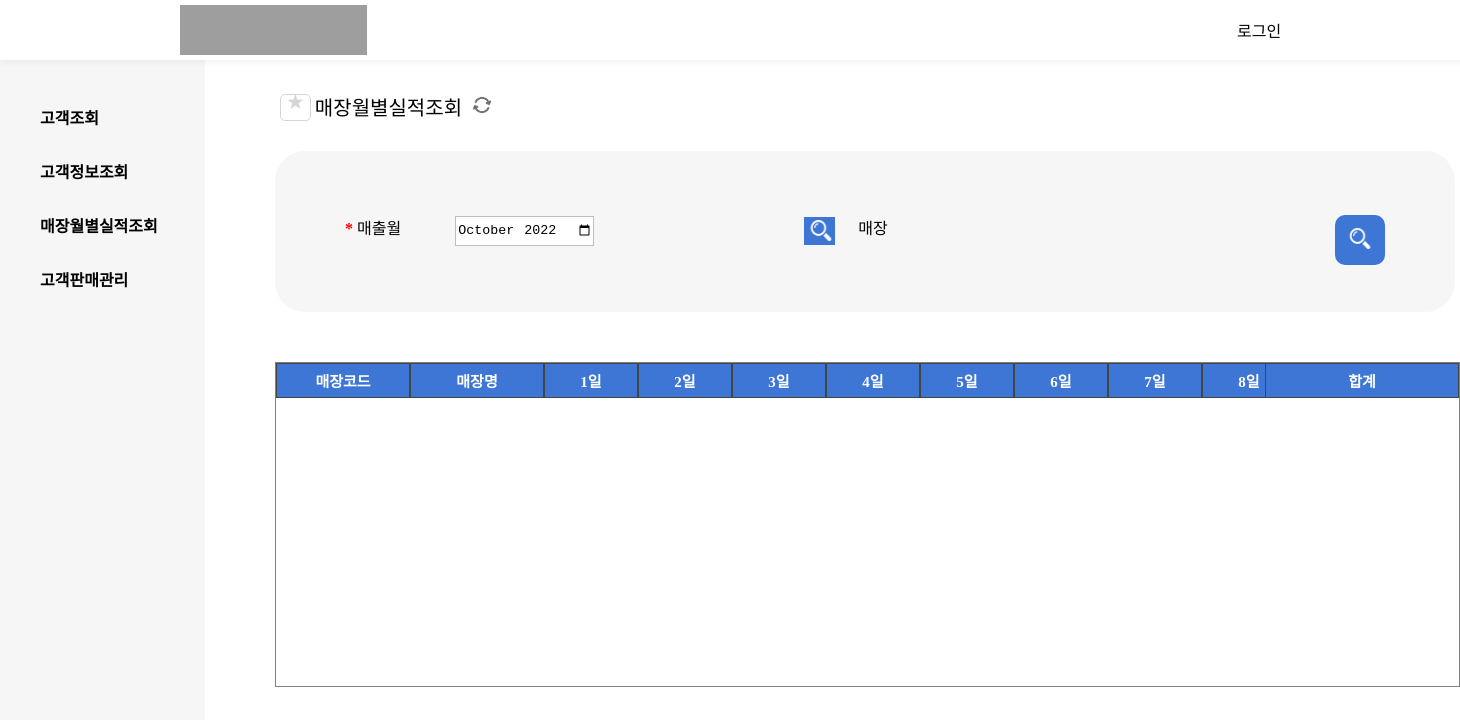
Repository: HyunyoungA/managementSystem
Page: http://localhost/DowellCommunity/WEB-INF/views/member/saleMonth.jsp
An editor plug-in stored every save of this project. The page is shown before and after the next save, followed by the edit.
The browser window is 1280 px wide. The page is 1460 px wide, so the pictures cover 1460 px, including what lies to the right of the window. The pictures show the whole page.
Pictures or frames that could not be fetched are drawn as grey boxes. The page is served by Tomcat 9. Nobody is signed in. Other server files are loaded and not shown. The template is opened directly, without the code that normally fills it, so the values that code supplies are empty.

Above is the page before, as saved 2022-10-28 01:11:45.

### DowellCommunity/src/main/webapp/WEB-INF/views/member/saleMonth.jsp
<%@ page language="java" contentType="text/html; charset=UTF-8"
    pageEncoding="UTF-8"%>
<%@ taglib uri="http://java.sun.com/jsp/jstl/core" prefix="c" %>
<!DOCTYPE html>
<html>
<head>
<meta charset="UTF-8">
<title>관리자 페이지</title>
 <!-- jQuery -->
<script type="text/javascript" src="https://code.jquery.com/jquery-1.12.4.min.js" ></script>
<!-- 매장검색 자바스크립트 -->
<script type="text/javascript" src="./resources/js/saleScript.js"></script>
<!-- 페이지 스타일css -->
<link href="resources/CSS/saleMonth.css" rel="stylesheet">
<c:import url="../common/navbar.jsp"/>
</head>
<body>
<c:import url="../common/sidebar.jsp"/>
<div class="Wrap">
	<div class="starBox">
		<span class="star">★</span>
	</div>
	<span class="Title">매장월별실적조회</span>
<!-- 	새로고침 -->
	<button id="reload" onClick="window.location.reload()">
		<img class="Refresh" src="resources/cust_in/Refresh.png" style="cursor:pointer;">
	</button>
	<div class="SearchBox">
		<div class="wrap_mg">
			<span class="essential">*</span>
			<span class="Text_space" id="sale">매출월</span>
			<input class="Text_box" type="month" id="saleMonth-list">
			<span class="Text_space" id="Cust_Num">매장</span>
			<!-- 매장사용자인 경우 -->
			<c:if test="${ loginUser.userDtCd == 2 }">
				<input class="Text_box" id="saleCode" value="${ loginUser.prtCd }" disabled>
			</c:if>
			<!-- 본사인 경우 -->
			<c:if test="${ loginUser.userDtCd == 1 }">
				<input class="Text_box" id="saleCode" value="">
			</c:if>
			<!-- 검색버튼 -->
				<button id="Search_but_num" onclick="Search_but_search()">
					<img class="total_search" src="resources/cust_in/search.png">
				</button>
			<!-- 매장사용자인 경우 -->
			<c:if test="${ loginUser.userDtCd == 2 }">
				<input class="Text_box" id="saleName" value="${ loginUser.prtNm }" disabled>
			</c:if>
			<!-- 본사인 경우 -->
			<c:if test="${ loginUser.userDtCd == 1 }">
			<input class="Text_box" id="saleName" onkeyup="saleEvent(event);" onkeydown="enter(event);" value="">
			</c:if>
			<!-- 전체검색 -->
			<button id="Search_but">
				<img class="total_search" src="resources/cust_in/search.png">
			</button>
		</div>
		<br>
	</div>
</div>
<!-- 월별 실적표 -->
<table id="sale-table">
	<thead>
    	<tr>
			<th class="CustNum">매장코드</th>
            <th class="CustDetail">매장명</th>
            <!-- forEach 1일-31일 반복 -->
            <c:forEach var="i" begin="1" end="31">
            	<th class="dateDay">
            		<c:out value="${i}" />일
            	</th>
            </c:forEach>
            <!-- forEach 1일-31일 반복 end-->
            <th class="dateSum" id="dataSumTitle">합계</th>
        </tr>
    </thead>
	<tbody id="saleMonthSum">
	</tbody>
</table>
<script type="text/javascript">

//매출월 오늘날짜
//한국시간을 맞추기 위한 -32400000
const offset = new Date().getTimezoneOffset() * 60000;
//현재 날짜 시간 - 9시간(UTC시간을 기준이 우리나라보다 9시간 많음.)
const today = new Date(Date.now() -offset);

document.getElementById('saleMonth-list').value = new Date(Date.now() -offset).toISOString().substring(0, 7);
var d = $('#saleMonth-list').val();
console.log(d);

$(document).ready(
	$(opener).one('beforeunload', function() {          // 부모창의 새로고침/닫기/앞으로/뒤로
		window.close();                                 // 팝업을 닫는다
	})
);

////////////////////////////////-전체 조회-////////////////////////////////////////
//전체 조회
$('#Search_but').on('click', function(){
	var saleMonth = $('#saleMonth-list').val();			//년도-월
	var CustCode = $('#saleCode').val();				//매장코드

	console.log(saleMonth);
	console.log(saleName);

	$.ajax({//전체 조건 조회
		url: 'salMonthSum.me',
		data: {'saleMonth':saleMonth
			  ,'CustCode':CustCode},
		type: 'post',
		dataType: 'json',
		success: function(data){
			console.log(data);
			let html = "";
			console.log(data[0].totalSum)
			if(typeof data[0].totalSum != 'undefined'){

				if(data.length > 0) {

					$.each(data, function(index, item){
						html += "<tr style='width: 100%;'>";

						if(item.prtCd != '총합'){
							html += "<td class='CustNum' style='background-color: white;'>"+item.prtCd+"</td>";//매장코드
							html += "<td class='CustDetail' style='background-color: white; left:133px; position: sticky;' >"+item.prtNm+"</td>";//매장명
						}
						if(item.prtCd == '총합'){
							html += "<td class='CustNum' colspan='2' style='background-color: white; width: 254px; position: sticky; text-align: center;' >"+item.prtNm+"</td>";//매장명
						}
						html += "<td class='dateDay'>"+item.day1+"</td>";//날짜1-31일
						html += "<td class='dateDay'>"+item.day2+"</td>";//날짜1-31일
						html += "<td class='dateDay'>"+item.day3+"</td>";//날짜1-31일
						html += "<td class='dateDay'>"+item.day4+"</td>";//날짜1-31일
						html += "<td class='dateDay'>"+item.day5+"</td>";//날짜1-31일
						html += "<td class='dateDay'>"+item.day6+"</td>";//날짜1-31일
						html += "<td class='dateDay'>"+item.day7+"</td>";//날짜1-31일
						html += "<td class='dateDay'>"+item.day8+"</td>";//날짜1-31일
						html += "<td class='dateDay'>"+item.day9+"</td>";//날짜1-31일
						html += "<td class='dateDay'>"+item.day10+"</td>";//날짜1-31일
						html += "<td class='dateDay'>"+item.day11+"</td>";//날짜1-31일
						html += "<td class='dateDay'>"+item.day12+"</td>";//날짜1-31일
						html += "<td class='dateDay'>"+item.day13+"</td>";//날짜1-31일
						html += "<td class='dateDay'>"+item.day14+"</td>";//날짜1-31일
						html += "<td class='dateDay'>"+item.day15+"</td>";//날짜1-31일
						html += "<td class='dateDay'>"+item.day16+"</td>";//날짜1-31일
						html += "<td class='dateDay'>"+item.day17+"</td>";//날짜1-31일
						html += "<td class='dateDay'>"+item.day18+"</td>";//날짜1-31일
						html += "<td class='dateDay'>"+item.day19+"</td>";//날짜1-31일
						html += "<td class='dateDay'>"+item.day20+"</td>";//날짜1-31일
						html += "<td class='dateDay'>"+item.day21+"</td>";//날짜1-31일
						html += "<td class='dateDay'>"+item.day22+"</td>";//날짜1-31일
						html += "<td class='dateDay'>"+item.day23+"</td>";//날짜1-31일
						html += "<td class='dateDay'>"+item.day24+"</td>";//날짜1-31일
						html += "<td class='dateDay'>"+item.day25+"</td>";//날짜1-31일
						html += "<td class='dateDay'>"+item.day26+"</td>";//날짜1-31일
						html += "<td class='dateDay'>"+item.day27+"</td>";//날짜1-31일
						html += "<td class='dateDay'>"+item.day28+"</td>";//날짜1-31일
						html += "<td class='dateDay'>"+item.day29+"</td>";//날짜1-31일
						html += "<td class='dateDay'>"+item.day30+"</td>";//날짜1-31일
						html += "<td class='dateDay'>"+item.day31+"</td>";//날짜1-31일
						html += "<td class='dateSum'>"+item.totalSum+"</td>";//총합계

						html += "</tr>";
					});
				}
			}else if(typeof data.day1 == 'undefined'){
					html += "<tr>";
					html += "<td colspan='4'style='text-align: center;'>매장 월별 매출이 등록되어 있지 않습니다.</td>";
					html += "</tr>";

			}
			$("tbody#saleMonthSum").html(html);
		},
		error: function(data){
		console.log(data);
		alert('조회할 수 없습니다.');
		}
	});
});
</script>
</body>
</html>

### DowellCommunity/src/main/webapp/WEB-INF/views/common/navbar.jsp
<%@ page language="java" contentType="text/html; charset=UTF-8"
    pageEncoding="UTF-8"%>
<%@ taglib uri="http://java.sun.com/jsp/jstl/core" prefix="c" %>
<!DOCTYPE html>
<html>
<head>
<meta charset="UTF-8">
<script type="text/javascript" src="http://code.jquery.com/jquery-latest.js"></script>
<title>메뉴</title>
<style>
/* 	네비바css */
nav {
	z-index: 1;
	position: fixed;
	width: 1536px;
	height: 60px;
	background: white;
	color: black;
	text-align:center;
	top:0;
	left:0;
	box-shadow: rgb(0 0 0 / 4%) 2px 4px 5px;
}
.navbar-nav{
	display: table-row;
}
.navbar-nav li{
	display: table-cell;
    height: 60px;
    list-style-type: none;
    vertical-align: middle;
}
.nav-link{
	padding: 10px;
	color: black;
	text-decoration: none;
}
.nav-link:hover {
    color: #3E76D6;
}
.nav-list{
	display: inline-block;
}
#nav_id{
padding-left: 850px;
}
.logoBox{
	width: 95px;
    height: 98px;
    overflow:hidden;
    margin:0 auto;
}
#logoSpace{
	height: 50px;
	width: 150px;
	padding-left: 170px;
}
.img{
	vertical-align: middle;
    width: 187px;
    height: 100%;
    object-fit: cover;
}
.manager{
	display: inline-block;
    border-radius: 6px;
    width: 106px;
    height: 34px;
    background-color: black;
}
.manager a{
	display: block;
    text-decoration: none;
    margin: 5px;
    text-align: center;
    color: white;
}
.manager:hover{
	cursor: pointer;
	background-color: #3E76D6;
}
</style>
</head>
<body>
<!-- 네비바 -->
	<nav>
		<ul class="navbar-nav">
			<!-- 로고 -->
			<li id="logoSpace">
				<a href="home.do" class="nav-link">
					<img class="img" alt="logo" src="resources/home/logo.png">
				</a>
			</li>
			<!-- 로그인 -->
			<li class="nav-list" id="nav_id">
				<c:if test="${ empty sessionScope.loginUser }">
					<a href="login.me" class="nav-link" id="login_ID">로그인</a>
				</c:if>
			</li>
			<li class="nav-list">
				<c:if test="${ !empty sessionScope.loginUser }">
					<a href="logout.me" class="nav-link" id="">로그아웃</a>
				</c:if>
			</li>
			<li class="nav-list">
				<c:if test="${ !empty sessionScope.loginUser }">
					<div class="manager">
						<a href="managerPage.me">관리자페이지</a>
					</div>
				</c:if>
			</li>
		</ul>
	</nav>
</body>
</html>

### DowellCommunity/src/main/webapp/WEB-INF/views/common/sidebar.jsp
<%@ page language="java" contentType="text/html; charset=UTF-8"
    pageEncoding="UTF-8"%>
<!DOCTYPE html>
<html>
<head>
<meta charset="UTF-8">
<title>사이드바</title>
<style type="text/css">
/* 사이드바 */
.sideBar {
  list-style-type: none;
  padding: 0px;
  margin: 0px;
  width: 205px;
  background: #F6F6F6;
  height: 100%;
  overflow: auto;
  position: fixed;
}
.sideBar_list a {
  text-decoration: none;
  padding: 15px 10px 15px 40px;
  display: block;
  color: #000;
  font-weight: bold;
}
.sideBar_list a:hover {
  background: #B3C8E6;
}
#side_list_one{
margin-top: 90px;
}
</style>
</head>
<body>
<ul class="sideBar">
  <li class="sideBar_list" id="side_list_one"><a class="home" href="managerPage.me">고객조회</a></li>
  <li class="sideBar_list"><a href="custInfo.me">고객정보조회</a></li>
  <li class="sideBar_list"><a href="saleMonth.me">매장월별실적조회</a></li>
  <li class="sideBar_list"><a href="saleManagement.me">고객판매관리</a></li>
</ul>
</body>
</html>

### DowellCommunity/src/main/webapp/resources/js/saleScript.js
/**
 *
 매장명/코드 검색 팝업창
 */


  console.log("매장명/코드 검색 팝업창 모듈자바스크립트");
//매장조건 입력란 지워지면 앞에 코드값도 지움
function saleEvent(event){
	if(event.keyCode == 8 || event.keyCode == 46) { //keyCode: 8(Backspace), keyCode: 46(Delete)
	   if( $("#saleName").val() == "" ) {    //매장 입력창이 비워지면
	      $("#saleCode").val("");   		 //앞에 매장코드가 입력되있는 창이 지워진다.
	   }
	}
};

//매장 엔터 시 실행
var saleName = $("#saleName").val();
function enter(event){
	if(event.keyCode == 13) { //keyCode: 13(Enter)
		Search_but_search();  //매장검색 함수
	}
};

//매장검색
function Search_but_search(){
	debugger;
	var saleCode = $('#saleCode').val();	//매장코드
	var saleName = $('#saleName').val();	//매장명
	var checkShop = $('#checkShop').val();	//팝업창 검색창

	//2글자 이상 입력하시오.
	if(saleName.trim() == '' || saleName.trim().length == 1) { //앞뒤공백을 뺀 값이 빈값이거나, 길이가 1일 때 2글자 이하이기때문에 막음.
		alert('2글자 이상 입력하시오.');
		$('#saleName').focus();
		return false;
	}
	console.log(saleCode);

	//2글자 이상 검색 시 실행
	$.ajax({
		url: 'SearchButSale.me',
		data: {"saleName":saleName},
		type: 'post',
		dataType: 'json',
		success: function(data){
			console.log(data);

			if(data.length != 1) {//데이터의 길이가 1이 아닐 경우 => 팝업창 오픈
				console.log(data);
				console.log(saleName);

				salePopup(saleName);//팝업창 오픈 함수

			}else{//데이터가 1개만 존재할때 자동완성
				$('#saleName').val(''); // 매장명 비우기
				$('#saleCode').val(data[0].PRT_CD);
				$('#saleName').val(data[0].PRT_NM);
				console.log(data);
				console.log(data[0].PRT_CD);
				console.log(data[0].PRT_NM);
			}
		},
		error: function(data){
			console.log(data);
			alert('조회할 수 없습니다.');
		}
	});
}

//매장검색 팝업창 띄우기
var saleName = $('#saleName').val();	//매장명

function salePopup(saleName) {
	window.open("salePopup.me", "a", "width=800px, height=480px, left=400, top=210");
}

### DowellCommunity/src/main/webapp/resources/CSS/saleMonth.css
@charset "UTF-8";

/* body여백 없애기 */
body{
	margin: 0;
	padding: 0;
}
.star{
	display: table-cell;
	vertical-align: middle;
	font-size: 21px;
	color: #D5D5D5;
	padding: 5px;
}
.starBox{
	border-radius: 5px;
	border: 1px solid;
	margin-left: 5px;
	width: 20px;
	height: 20px;
	display: inline;
	font-size: 23px;
	color: #D5D5D5;
}
.Title{
	font-size: 20px;
}
.Refresh{
	filter: opacity(0.5) drop-shadow(0 0 0 #B8C6CC);
	width: 20px;
	height: 20px;
}
.Wrap{
	margin-left: 190px;
	position: relative;
	padding: 85px 85px 50px 85px;
}
/* 상단검색박스 */
.SearchBox{
	border-radius: 30px;
	padding: 41px 40px 0;
	width: 1100px;
	margin: auto;
	height: 120px;
	background-color: #F6F6F6;
	margin-top: 30px;
}
#Search_but_sale{
    position: absolute;
    left: 376px;
    background-color: #E61200;
    border-style: none;
    width: 31px;
    height: 28px;
}
#Search_but_sale:hover{
	cursor: pointer;
}
#Search_but_num {
    position: absolute;
    right: 445px;
    background-color: #3E76D6;
    border-style: none;
    width: 31px;
    height: 28px;
    margin-top: 2px;
}
#Search_but_num:hover{
	cursor: pointer;
}
.Text_space{
	margin-right: 50px;
}
.essential{
	color: red;
	font-weight: 700;
}
.Text_box{
	height: 25px;
	width: 130px;
	border: 1px solid #BDBDBD;
	background-color: white;
}
#saleMonth-list{
	height: 28px;
    width: 136px;
}
.Text_date{
	height: 25px;
	width: 90px;
	border: 1px solid #BDBDBD;
	background-color: white;
}
#Cust_Num{
	margin-left: 260px;
}
#wrap_s{
	margin-left: 122px;
}
#saleCode{
	background-color: #BDBDBD;
}
#reload{
	background-color: white;
	border: none;
}
/* 검색버튼 */
#Search_but{
	width: 50px;
	height: 50px;
	float: right;
	background-color: #3E76D6;
	border: none;
	border-radius: 10px;
	cursor: pointer;
}
.total_search{
	filter: brightness(0) invert(1);
	width: 30px;
	height: 21px;
	margin: 2px -4px;
}
.wrap_mg{
	padding: 0 30px;
	margin-top: 23px;
}
.radio_check{
	vertical-align: text-top;
	width: 20px;
	height: 20px;
}
.Text_space_s{
	margin-right: 10px;
}
/* 신규버튼 */
.new_registration{
    width: 100px;
    height: 30px;
    float: right;
    margin-right: 78px;
    margin-bottom: 20px;
    border-style: none;
    border-radius: 5px;
}
.new_registration:hover{
	cursor: pointer;
	background-color: #E61200;
	color: white;
}
#date{
	width: 90px;
}
/* 스크롤 */
#sale-table{
	display: block;
    border: 1px solid gray;
    width: 1185px;
    margin-left: 275px;
    overflow-y: scroll;
    border-collapse: separate;
    border-spacing: 0;
}
thead {
	display:block;
    width:100%;
}

table thead tr {
	display:table;
    table-layout:fixed;
    width:100%;
}
table{
	font-size: 15px;
}
tbody {
	width: 100%;
	display: block;
    height: 18rem;
    font-size: 13px;
}

tbody tr {
    width: 100%;
	display: table;
    table-layout: fixed;
}

tbody th{
	background-color: gray;
}
table thead th{
    background-color: #3E76D6;
    color: white;
}
table thead tr th{
/* 	width: 100px; */
}
th, td {
	border: 1px solid #444444;
	background-color: white;

}
/* 셀고정 */
table#sale-table th:first-child,
table#sale-table td:first-child {
	position: sticky; left: 0;
}
table#sale-table th:nth-child(2),
.CustNum-td, .CustDetail-td {
	position: sticky; left: 134px;
}
.CustNum{
	width: 120px;
}
.CustNum-td{
	width: 120px;
	background-color: white;
}
.CustDetail{
	width: 120px;
}
.CustDetail-td{
	width: 120px;
	background-color: white;
}
.dateDay{
    text-align: center;
	width: 80px;
}
.joinDate{
	text-align: center;
    width: 130px;
}
.SaleInfo{
	width: 110px;
}
.Cust{
	width: 140px;
}
.dateSum{
	text-align: end;
	position: sticky;
    width: 180px;
    min-width: 180px;
    max-width: 180px;
    right: 0;
}
#saleSum{
	background-color: white;
}
#SumFix{
	text-align: center;
	position: sticky;
	left: 166px;
	background-color: white;
}
.main {
	padding-top:34px;
}
.box {
	width: 600px;
	height: 150px;
	overflow-y: scroll;
}
tr.title {
	margin: -33px 0px 0px -1px;
	width: 600px;
	display: table;
	position: absolute;
	background-color: #5dcafc;
}
th, td {
	padding: 6px;
}
.dateSum{
	background-color:white;
	position:sticky;
	right:0;
	text-align:right;
}
.CustCheck_Info {
    width: 190px;
    height: 34px;
    border: 1px solid #A6A6A6;
}
#dataSumTitle{
	text-align: center;
}

After the next save:
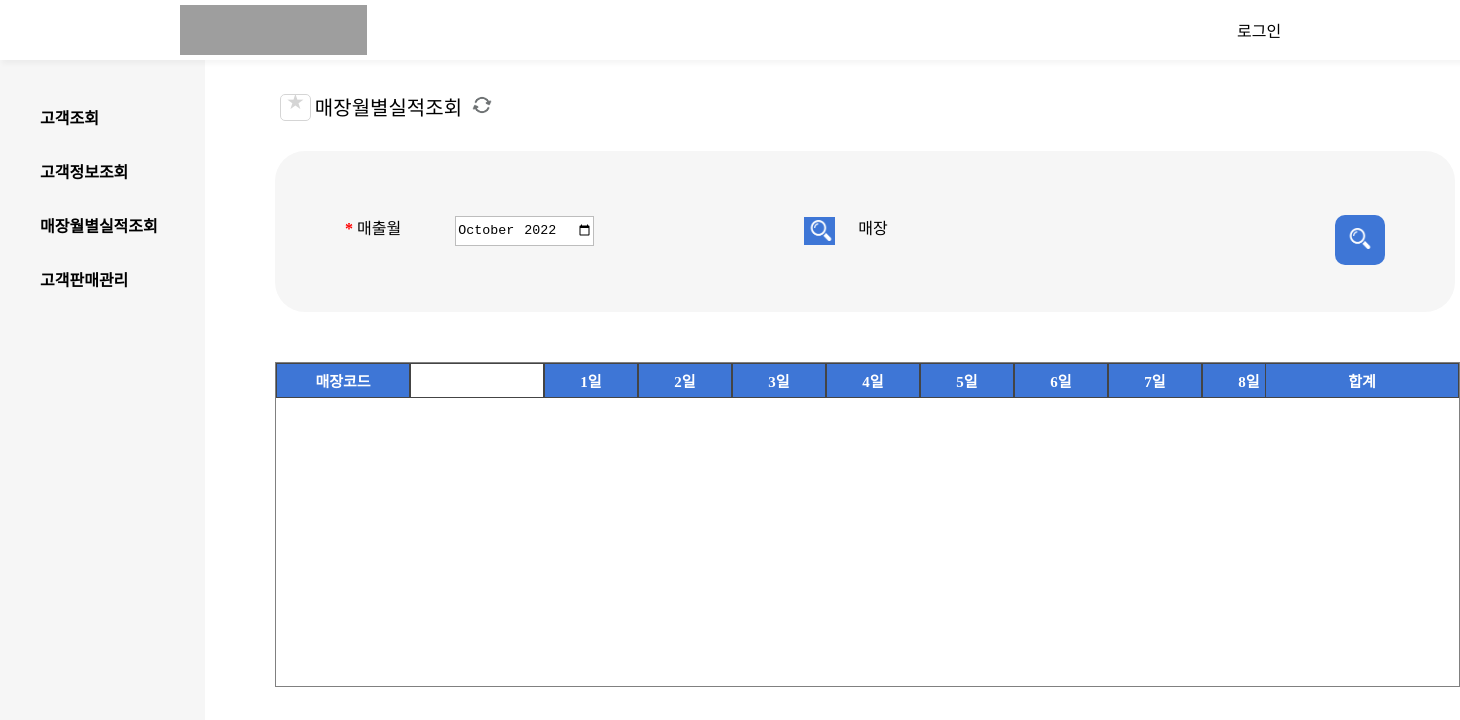
Saved 46 s later.
--- a/DowellCommunity/src/main/webapp/resources/CSS/saleMonth.css
+++ b/DowellCommunity/src/main/webapp/resources/CSS/saleMonth.css
@@ -219,6 +219,9 @@ table#sale-table th:nth-child(2),
 }
 .CustDetail{
 	width: 120px;
+	background-color: white;
+	left:133px;
+	position: sticky;
 }
 .CustDetail-td{
 	width: 120px;
